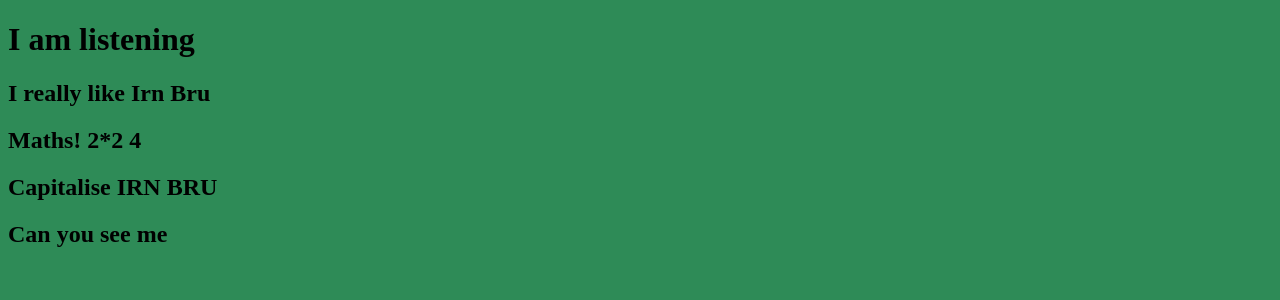
Repository: sinemgcmn/ImageBoard
Page: public/index.html
An editor plug-in stored every save of this project. The page is shown before and after the next save, followed by the edit.
The browser window is 1280 px wide. The pictures show the whole page.

Above is the page before, as saved 2021-02-25 15:23:05.

After the next save:
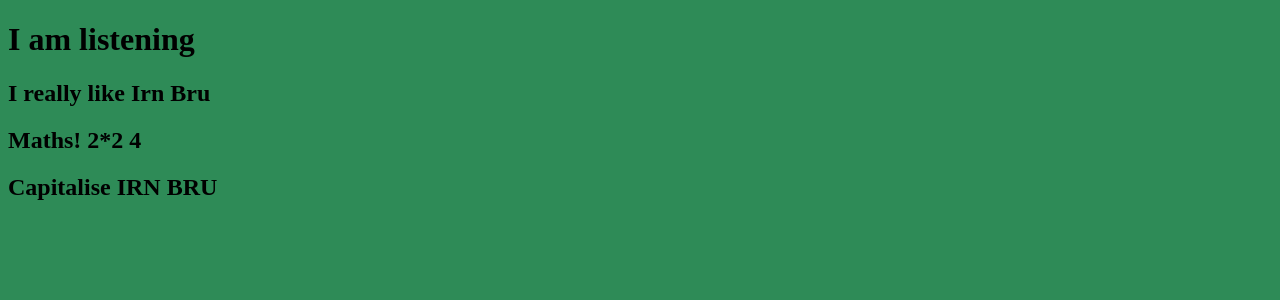
Saved 2 min 13 s later.
--- a/public/js/script.js
+++ b/public/js/script.js
@@ -4,6 +4,6 @@
     el: "#main",
     data: {
         name: "Irn Bru",
-        seen: true,
+        seen: false,
     },
 });
